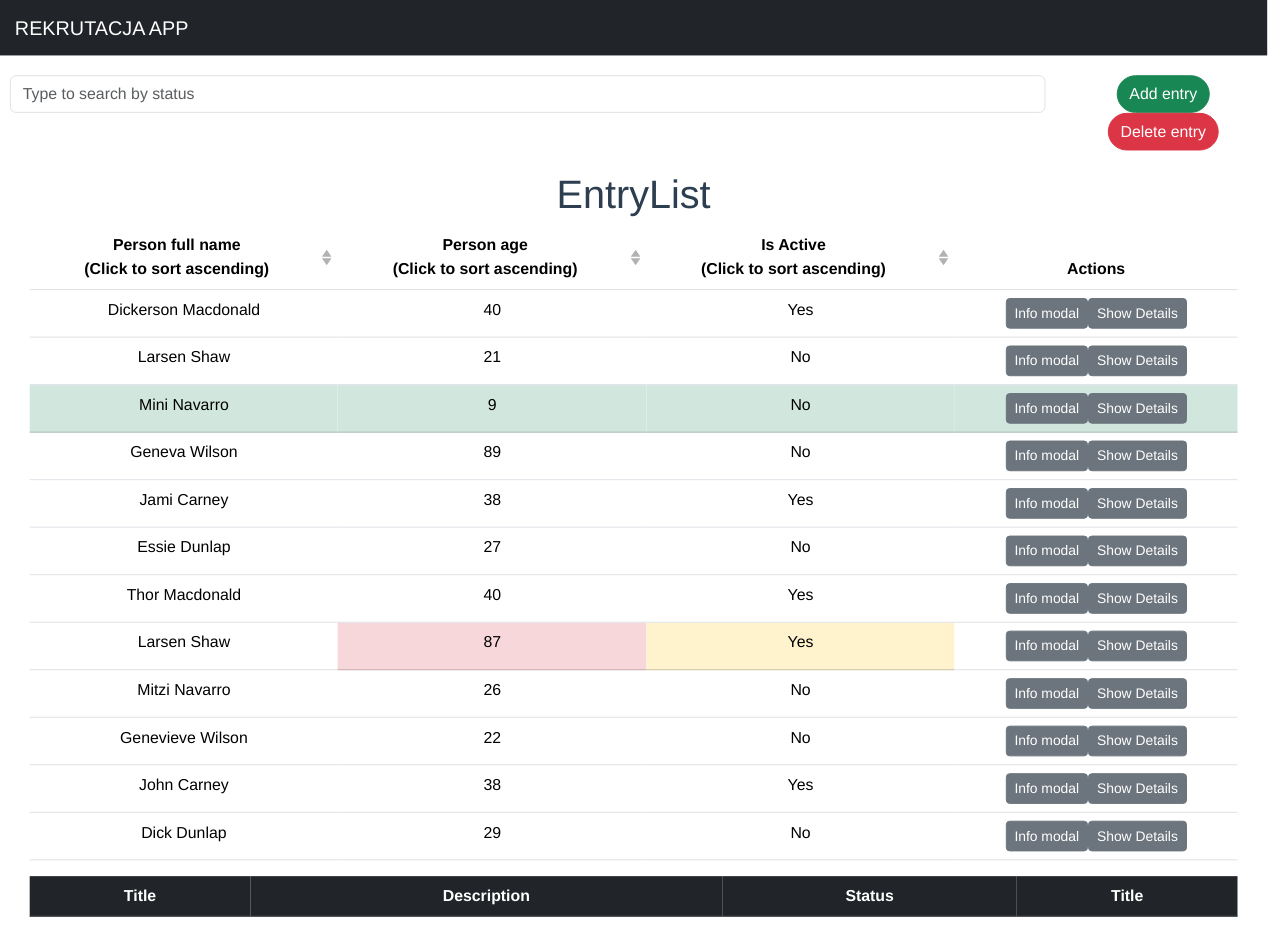
Repository: Madaless/vue_elastic
Page: / (app in vuejsapp/crudapp/)
These files come from the project's save history. The page is drawn as it stood at one moment and after the next save; the edit follows.
The browser window is 1280 px wide. The page is 1292 px wide, so the pictures cover 1292 px, including what lies to the right of the window. The pictures show the whole page, at 99% of full size.
The page's requests for data from a server got no answer. The project was rebuilt for these pictures with package versions that can differ from the ones it lists, and the page was loaded fresh each time. No one was signed in, and anything a server would have sent is missing.

Above is the page before, as saved 2021-09-12 16:09:33.

### vuejsapp/crudapp/src/main.js
import Vue from 'vue'
import App from './App.vue'
import store from  './store/index'
import { BootstrapVue, IconsPlugin } from 'bootstrap-vue'

// Import Bootstrap an BootstrapVue CSS files (order is important)
import 'bootstrap/dist/css/bootstrap.css'
import 'bootstrap-vue/dist/bootstrap-vue.css'

// Make BootstrapVue available throughout your project
Vue.use(BootstrapVue)
// Optionally install the BootstrapVue icon components plugin
Vue.use(IconsPlugin)

Vue.config.productionTip = false

new Vue({
  store,
  render: h => h(App),
}).$mount('#app')

### vuejsapp/crudapp/src/App.vue
<template>
  <div id="app">
    <b-navbar class="navbar navbar-expand navbar-dark bg-dark">
      <b-navbar-brand id="header" href="#">REKRUTACJA APP</b-navbar-brand>
    </b-navbar>

    <b-row id = "filterEntry">
      <b-col sm="10"><FilterEntry /></b-col>
      <b-col sm="2"><AddEntry /></b-col>
    </b-row>

    <EntryList />
  </div>
</template>

<script>
import AddEntry from "./components/AddEntry.vue";
import FilterEntry from "./components/FilterEntry.vue";
import EntryList from "./components/EntryList.vue";

export default {
  name: "App",
  components: {
    AddEntry,
    FilterEntry,
    EntryList,
  },
};
</script>

<style>
#app {
  font-family: Avenir, Helvetica, Arial, sans-serif;
  -webkit-font-smoothing: antialiased;
  -moz-osx-font-smoothing: grayscale;
  text-align: center;
  color: #2c3e50;
}
#header {
  padding-left: 15px;
}

#filterEntry {
    padding-top: 20px;
    padding-bottom: 20px;
    padding-left: 10px;
    padding-right: 10px;
}
</style>

### vuejsapp/crudapp/src/store/index.js
import Vuex from 'vuex';
import Vue from 'vue';
import entryList from './modules/entryList';

Vue.use(Vuex);

export default new Vuex.Store({
    modules: {
        entryList
    }
})

### vuejsapp/crudapp/src/components/AddEntry.vue
<template>
  <div>
    <b-button pill block variant="success">Add entry</b-button>
    <b-button pill block variant="danger">Delete entry</b-button>
  </div>
</template>

<script>
export default {
  setup() {},
};
</script>

<style scoped>
</style>

### vuejsapp/crudapp/src/components/FilterEntry.vue
<template>
  <div>
    <b-form-input
      id="filter-input"
      v-model="filter"
      type="search"
      placeholder="Type to search by status"
    ></b-form-input>
  </div>
</template>

<script>
export default {
  setup() {},
};
</script>

<style scoped>

</style>

### vuejsapp/crudapp/src/components/EntryList.vue
<template>
  <div id="entryList">
    <h1>EntryList</h1>

    <div class="todos">
      <b-table :items="items" :fields="fields">
        <template #cell(name)="row">
          {{ row.value.first }} {{ row.value.last }}
        </template>

        <template #cell(actions)="row">
          <b-button
            size="sm"
            @click="info(row.item, row.index, $event.target)"
            class="mr-1"
          >
            Info modal
          </b-button>
          <b-button size="sm" @click="row.toggleDetails">
            {{ row.detailsShowing ? "Hide" : "Show" }} Details
          </b-button>
        </template>

        <template #row-details="row">
          <b-card>
            <ul>
              <li v-for="(value, key) in row.item" :key="key">
                {{ key }}: {{ value }}
              </li>
            </ul>
          </b-card>
        </template>
      </b-table>
      <table class="table table-striped table-dark">
        <thead>
          <tr>
            <th>Title</th>
            <th>Description</th>
            <th>Status</th>
            <th>Title</th>
          </tr>
        </thead>
        <tbody>
          <tr v-for="entry in entryList" v-bind:key="entry.key">
            <td>{{ entry.title }}</td>
          </tr>
        </tbody>
      </table>
    </div>
  </div>
</template>

<script>
import { mapGetters, mapActions } from "vuex";

export default {
  name: "EntryList",
  methods: {
    ...mapActions(["fetchEntryList"]),
  },
  computed: mapGetters(["entryList"]),
  created() {
    this.fetchEntryList();
  },
  data() {
    return {
      items: [
        {
          isActive: true,
          age: 40,
          name: { first: "Dickerson", last: "Macdonald" },
        },
        { isActive: false, age: 21, name: { first: "Larsen", last: "Shaw" } },
        {
          isActive: false,
          age: 9,
          name: { first: "Mini", last: "Navarro" },
          _rowVariant: "success",
        },
        { isActive: false, age: 89, name: { first: "Geneva", last: "Wilson" } },
        { isActive: true, age: 38, name: { first: "Jami", last: "Carney" } },
        { isActive: false, age: 27, name: { first: "Essie", last: "Dunlap" } },
        { isActive: true, age: 40, name: { first: "Thor", last: "Macdonald" } },
        {
          isActive: true,
          age: 87,
          name: { first: "Larsen", last: "Shaw" },
          _cellVariants: { age: "danger", isActive: "warning" },
        },
        { isActive: false, age: 26, name: { first: "Mitzi", last: "Navarro" } },
        {
          isActive: false,
          age: 22,
          name: { first: "Genevieve", last: "Wilson" },
        },
        { isActive: true, age: 38, name: { first: "John", last: "Carney" } },
        { isActive: false, age: 29, name: { first: "Dick", last: "Dunlap" } },
      ],
      fields: [
        {
          key: "name",
          label: "Person full name",
          sortable: true,
          sortDirection: "desc",
        },
        {
          key: "age",
          label: "Person age",
          sortable: true,
          class: "text-center",
        },
        {
          key: "isActive",
          label: "Is Active",
          formatter: (value) => {
            return value ? "Yes" : "No";
          },
          sortable: true,
          sortByFormatted: true,
          filterByFormatted: true,
        },
        { key: "actions", label: "Actions" },
      ],
    };
  },
};
</script>

<style scoped>
#entryList {
  padding-left: 30px;
  padding-right: 30px;
}
</style>

### vuejsapp/crudapp/src/store/modules/entryList.js
import axios from 'axios';

const state = {
  entryList: []
};
// get the state
const getters = {
  entryList: (state) => {
    return state.entryList
  }
};

const actions = {
    // fetch from api
  async fetchEntryList({ commit }) {
    const response = await axios.get('https://jsonplaceholder.typicode.com/todos');

    commit('setEntryList', response.data);
  }
}

const mutations = {
    setEntryList: (state, entryList) => (state.entryList = entryList)
};

export default {
    state,
    getters,
    actions,
    mutations
};

Loaded but not shown: vuejsapp/crudapp/public/index.html (common file)

After the next save:
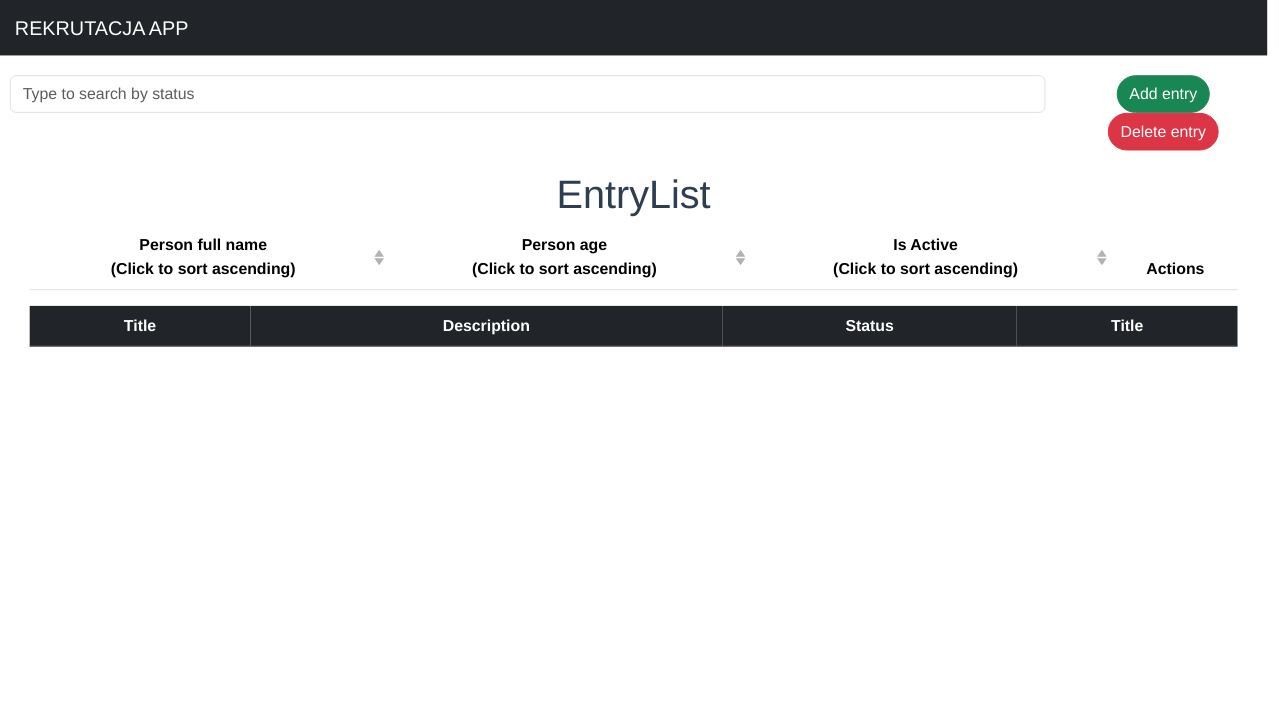
Saved 118 s later.
--- a/vuejsapp/crudapp/src/components/EntryList.vue
+++ b/vuejsapp/crudapp/src/components/EntryList.vue
@@ -3,7 +3,7 @@
     <h1>EntryList</h1>
 
     <div class="todos">
-      <b-table :items="items" :fields="fields">
+      <b-table :items="entryList" :fields="fields">
         <template #cell(name)="row">
           {{ row.value.first }} {{ row.value.last }}
         </template>
